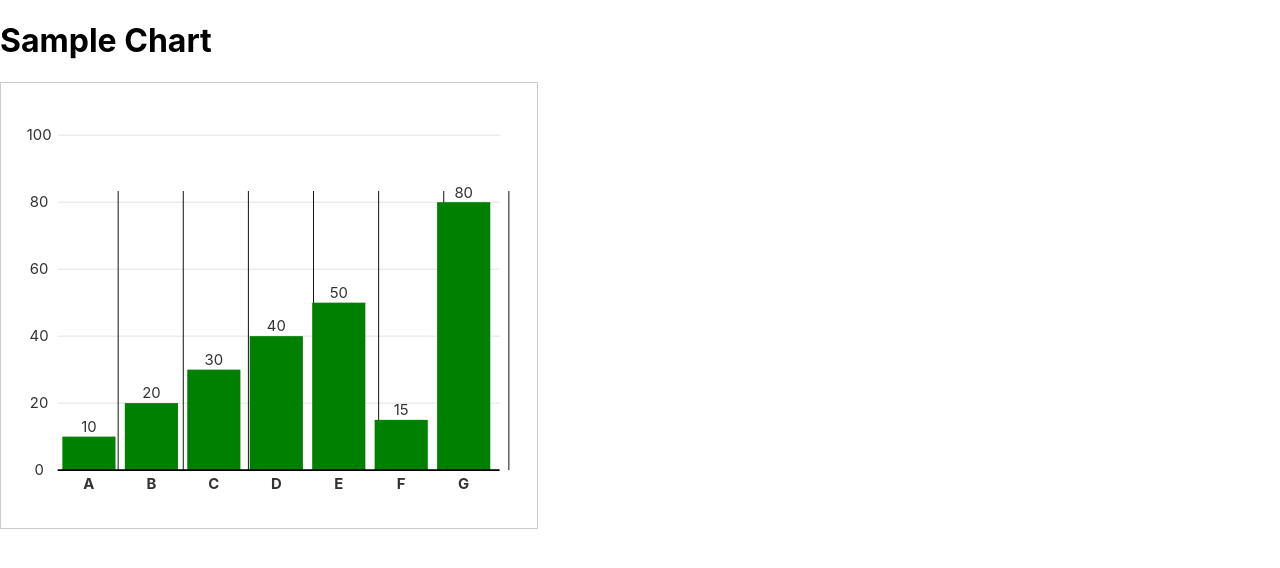
Repository: CaptainJang316/GChart
Page: /
These files come from the project's save history. The page is drawn as it stood at one moment and after the next save; the edit follows.
The browser window is 1280 px wide. The pictures show the whole page.
The project was rebuilt for these pictures with package versions that can differ from the ones it lists, and the page was loaded fresh each time. Also part of the build but not shown: src/App.css.

Above is the page before, as saved 2024-11-09 17:54:06.

After the next save:
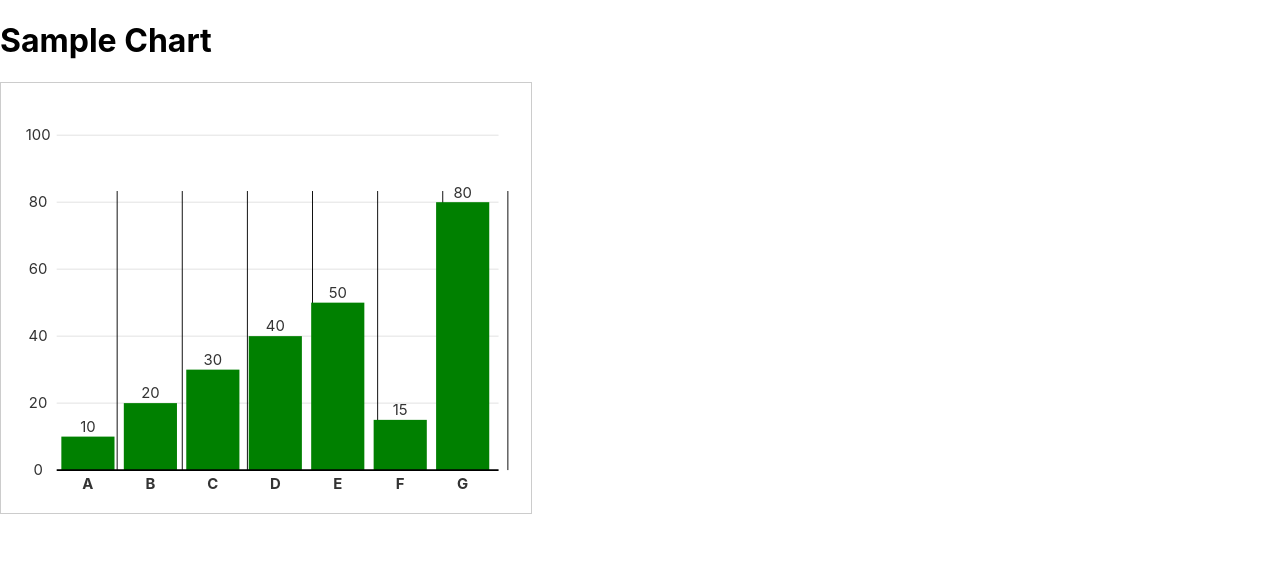
Saved 4 s later.
--- a/src/components/Chart/BarChart.tsx
+++ b/src/components/Chart/BarChart.tsx
@@ -37,7 +37,7 @@ const BarChart: React.FC<Option> = ({
     return (
         // svg 요소 안에, 차트를 그린다.
         <div style={{ display: 'inline-block', width: `${width}px`, height: `${height}px`}}>
-            <svg width='100%' height='100%' viewBox={`0 0 ${width} ${height + 30}`} style={{ border: '1px solid #ccc', padding: '15px 20px 30px 16px'}}>
+            <svg width='100%' height='100%' viewBox={`0 0 ${width} ${height + 30}`} style={{ border: '1px solid #ccc', padding: '15px'}}>
                 {
                     title?
                     <g className='title-layer'>
